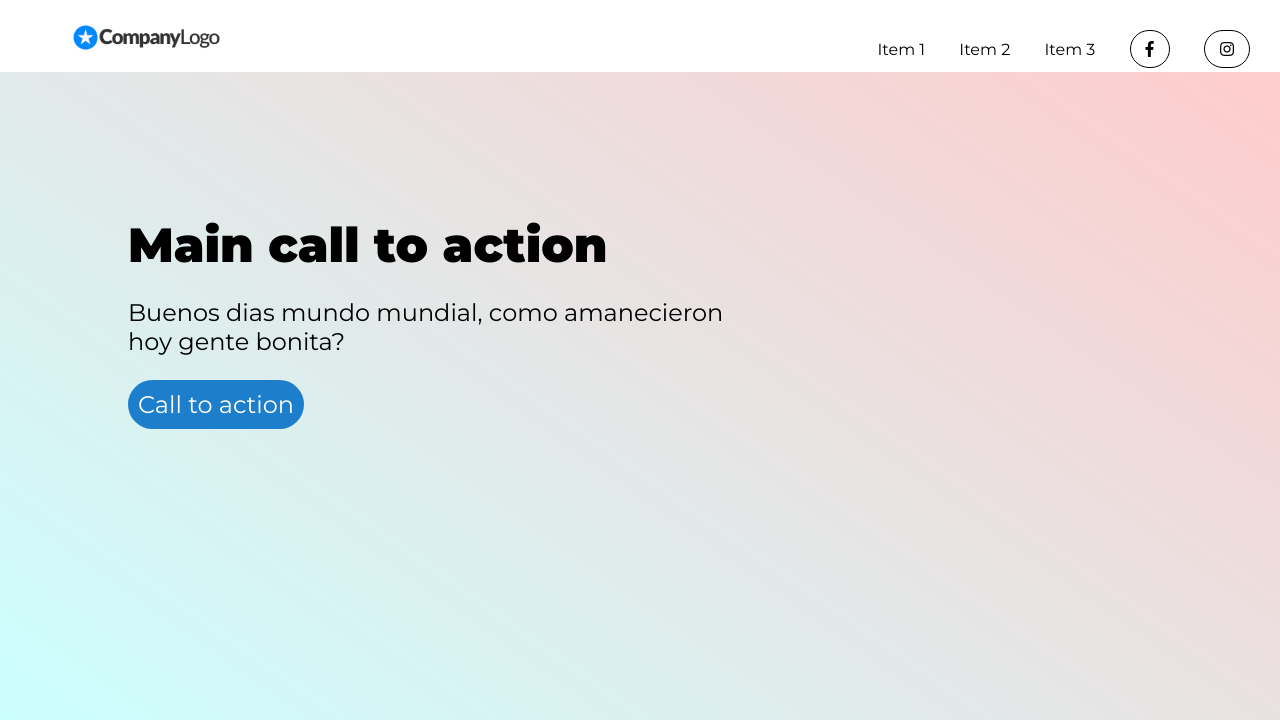
Repository: pabloestradagt/proyectobootstrap
Page: websitexd/index.html
The author's editor kept a record of every edit. The page is drawn from the files as they stood at one moment, then again after the next edit.
The browser window is 1280 px wide. The pictures show the whole page.
Some web libraries are served in a nearby version.

Above is the page before.

### websitexd/index.html
<!DOCTYPE html>
<html>

    <head>
        <title>Example Website</title>
        <link href="css/styles.css" rel="stylesheet">
        <link href="https://fonts.googleapis.com/css?family=Montserrat:300,400,700,900" rel="stylesheet">
        <meta charset="utf-8">
         <link rel="stylesheet" href="https://use.fontawesome.com/releases/v5.5.0/css/all.css" integrity="sha384-B4dIYHKNBt8Bc12p+WXckhzcICo0wtJAoU8YZTY5qE0Id1GSseTk6S+L3BlXeVIU" crossorigin="anonymous">
    </head>

    <body>

        <header>

            <a href="#"><img id="logo" src="img/logo.png" alt="Company Logo"></a>

            <nav>
                <ul>
                    <a href="#"><li>Item 1</li></a>
                    <a href="#"><li>Item 2</li></a>
                    <a href="#"><li>Item 3</li></a>
                    <a href="#"><li><i class="fab fa-facebook-f"></i></li></a>
                    <a href="#"><li><i class="fab fa-instagram"></i></li></a>
                </ul>

            </nav>

        </header>

        <main>

            <div id="hero">
                <h1>Main call to action</h1>
                <p id="hero-p">Buenos dias mundo mundial, como amanecieron hoy gente bonita?</p>
                <button>Call to action</button>
            </div>
        </main>






    </body>
</html>

### websitexd/css/styles.css
body {
    margin: 0;
    padding: 0;
    font-family: montserrat;
}

header {

    height: 10vh;
    width: 100%;
}

#logo {
    height: 55px;
    margin-top: 10px;
    margin-left: 3%;
}

nav {

    float: right;
    width: 40%;
    height: 10vh;
}

ul {
    list-style-type: none;
    margin-top: 30px;
    float: right;
}

li {
    color: black;
    display: inline-block;
    margin-right: 30px;
}

i {
    border: 1px solid;
    border-radius: 30px;
    padding: 10px 15px;
}

main {
    height: 90vh;
    background: linear-gradient(35deg, #ccffff, #ffcccc);
}

#hero {
    width: 50%;
    padding-top: 20vh;
    margin-left: 10%;
}

h1 {
    margin: 0;
    font-size:3em;
    font-weight: 900;
}

#hero-p {
    font-size:1.5em;
}

button {
    color: white;
    background: #1D7FCB;
    font-size: 1.5em;
    border: none;
    padding: 10px;
    font-family: inherit;
    cursor: pointer;
    border-radius: 30px;

}

After the next edit:
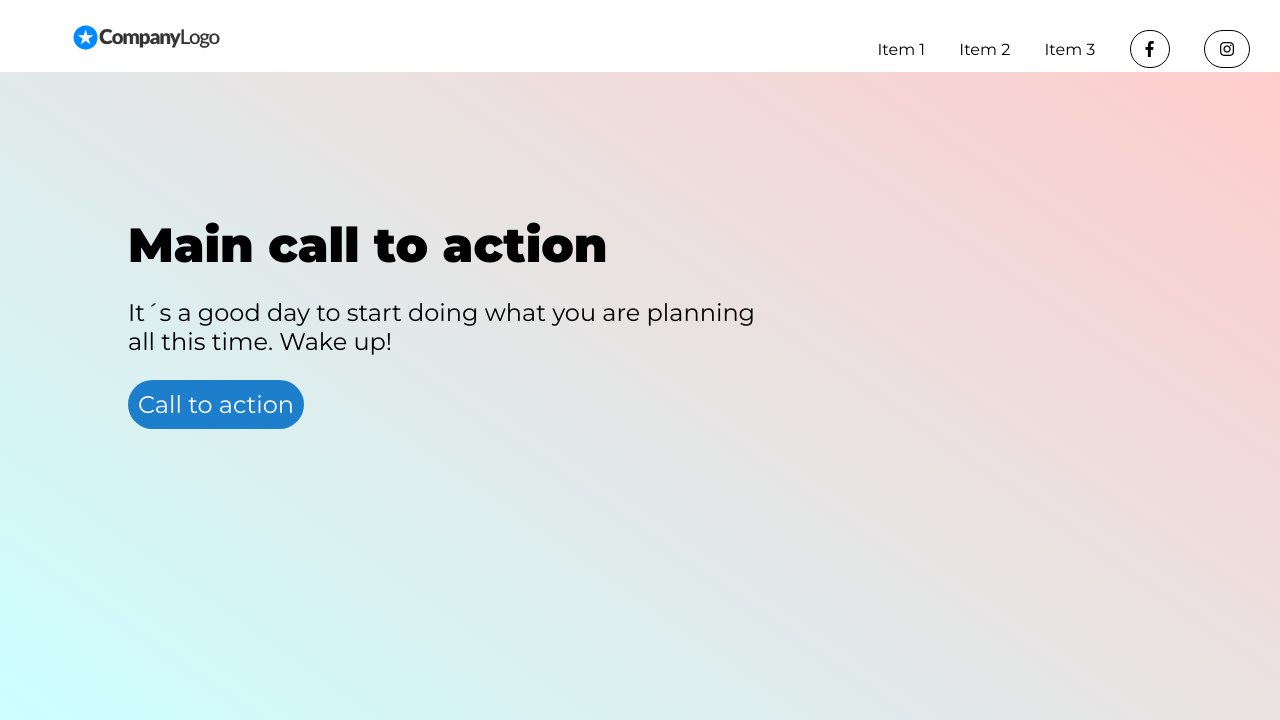
The edit:
--- a/websitexd/index.html
+++ b/websitexd/index.html
@@ -32,7 +32,8 @@
 
             <div id="hero">
                 <h1>Main call to action</h1>
-                <p id="hero-p">Buenos dias mundo mundial, como amanecieron hoy gente bonita?</p>
+                <p id="hero-p">It´s a good day to start doing what you are planning all this time.
+                Wake up!</p>
                 <button>Call to action</button>
             </div>
         </main>
